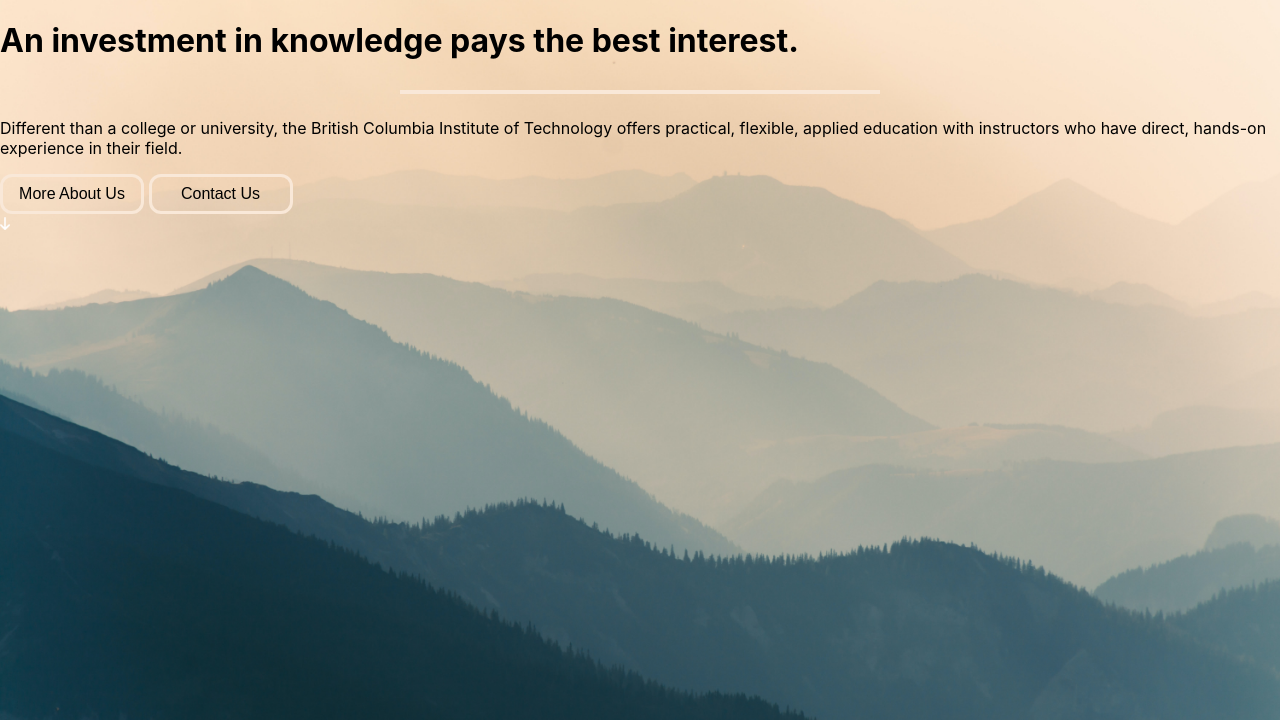
Repository: SaraShio/A01314209_Sara_Shiojima
Page: /
An editor plug-in stored every save of this project. The page is shown before and after the next save, followed by the edit.
The browser window is 1280 px wide. The pictures show the whole page.
The project was rebuilt for these pictures with package versions that can differ from the ones it lists, and the page was loaded fresh each time. The framework's server and built-in components were replaced by stand-ins that run in the browser. Also part of the build but not shown: next.config.js.

Above is the page before, as saved 2023-02-08 16:19:52.

### pages/index.js
import Head from 'next/head'
import Image from 'next/image'
import styles from '../styles/Home.module.css'
import Link from 'next/link'
import Arrow from '../components/Arrow'

export default function Home() {
  return (
    <>
      <Head>
        <title>Home</title>
        <meta name="author" content="MDIA 2109" />
        <meta property="og:title" content="Assignment #1 - Home Page" />
        <meta property="og:description" content="BCIT Digital Design and Development Diploma" />
        <link rel="icon" href='/favicon.png' />
      </Head>

      <main className={styles.main}>
        <div className={styles.content}>
          <header>
            <h1 className={styles.header}>An investment in knowledge pays the best interest.</h1>
          </header>
          <hr className={styles.line}></hr>
          <p>Different than a college or university, the British Columbia Institute of Technology offers practical, flexible, applied education with instructors who have direct, hands-on experience in their field.</p>
          <div>
            <a href='/about'> <button className={styles.button}>More About Us</button></a>

            <a href='/contact'> <button className={styles.button}>Contact Us</button></a>
          </div>
        </div>
        <Arrow page="Home" />
      </main>
    </>
  )
}

### styles/globals.css
:root{
  --beige:#f9e8d8;
  --black: #000000;
  }


html,
body {
  padding: 0;
  margin: 0;
  font-family: -apple-system, BlinkMacSystemFont, Segoe UI, Roboto, Oxygen,
    Ubuntu, Cantarell, Fira Sans, Droid Sans, Helvetica Neue, sans-serif;
}

a {
  color: inherit;
  text-decoration: none;
}

* {
  box-sizing: border-box;
}

@media (prefers-color-scheme: dark) {
  html {
    color-scheme: dark;
  }
  body {
    color: white;
    background: black;
  }
}

### styles/Home.module.css

.main{
background-image: url(../public/background-images/backgroundMountain.jpg);
height: 100vh;
width: 100vw;
background-size: cover;
background-repeat:no-repeat;
background-position:center;
}



.content{
    display: flex;
    flex-direction: column;
    align-items: left;
}

.button{
background-color: transparent;
border: 0.2rem solid var(--beige);
height: 2.5rem;
width: 9rem;
font-size: 1rem;
border-radius: 0.75rem;
}

.line{
    width: 30rem;
    height: 0.25rem;
    background-color: var(--beige);
border: none;
}

.header{
    margin-top: ;
}

### components/Arrow/index.js
import styles from './Arrow.module.css'

export default function Arrow({
    page = "home",
}) {
    return (

        page.toLowerCase() === "home" ?
            <div className={styles.arrow}><a><span><img src={'public/icons/downwardArrow.png'} /></span></a>
            </div> :
            page.toLowerCase() === "about" ?
                <div className={styles.arrow}><a><span><img src={'public/icons/upwardArrow.png'} /></span></a>
                    <a><span><img src={'public/icons/downwardArrow.png'} /></span></a>
                </div> :
                page.toLowerCase() === "contact" ?
                    <div className={styles.arrow}><a href="/about"><span><img src={'public/icons/upwardArrow.png'} /></span></a>
                    </div> :
                    <div className={styles.arrow}><a href="/"><span><img src={'public/icons/downwardArrow.png'} /></span></a>
                    </div>
    )
}

### components/Arrow/Arrow.module.css
.arrow{
    color: pink;
    bottom:20px;
}


.arrow > a > span > img{
    width: 10px;
}

Loaded but not shown: pages/_app.js (common file)

After the next save:
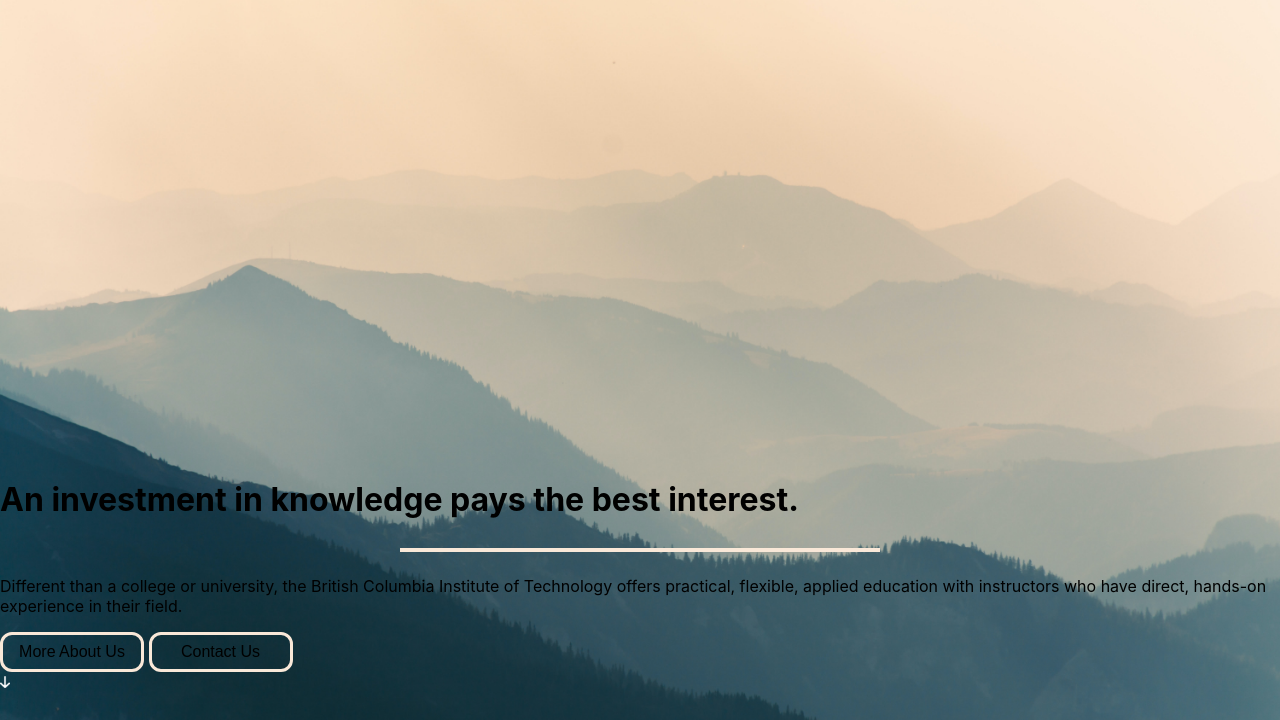
Saved 4 s later.
--- a/styles/Home.module.css
+++ b/styles/Home.module.css
@@ -33,5 +33,5 @@ border: none;
 }
 
 .header{
-    margin-top: ;
+    margin-top: 30rem;
 }
